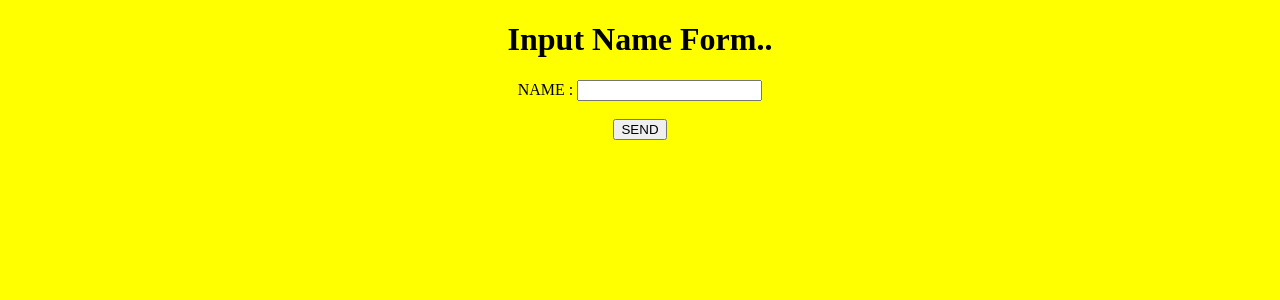
Repository: chunkind/dev_study
Page: kjs/servlet/web02_HttpServlet/WebContent/ex02/formName.html
These files come from the project's save history. The page is drawn as it stood at one moment and after the next save; the edit follows.
The browser window is 1280 px wide. The pictures show the whole page.

Above is the page before, as saved 2016-12-04 02:13:27.

After the next save:
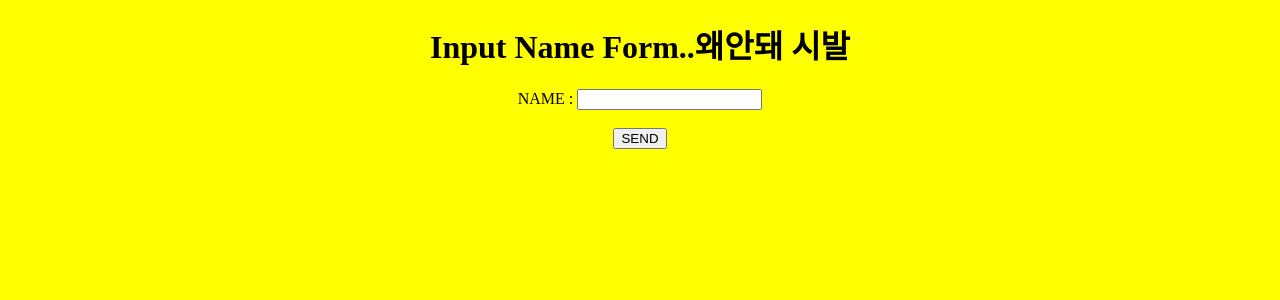
Saved 34 s later.
--- a/kjs/servlet/web02_HttpServlet/WebContent/ex02/formName.html
+++ b/kjs/servlet/web02_HttpServlet/WebContent/ex02/formName.html
@@ -11,7 +11,7 @@
 </style>
 </head>
 <body id="body">
-	<h1>Input Name Form..</h1><p>
+	<h1>Input Name Form..왜안돼 시발</h1><p>
 	<form action="/ex02/FN">
 	NAME : <input type="text" name = "name"><br><br>
 	<input type="submit" value="SEND"><br>

After the save that followed:
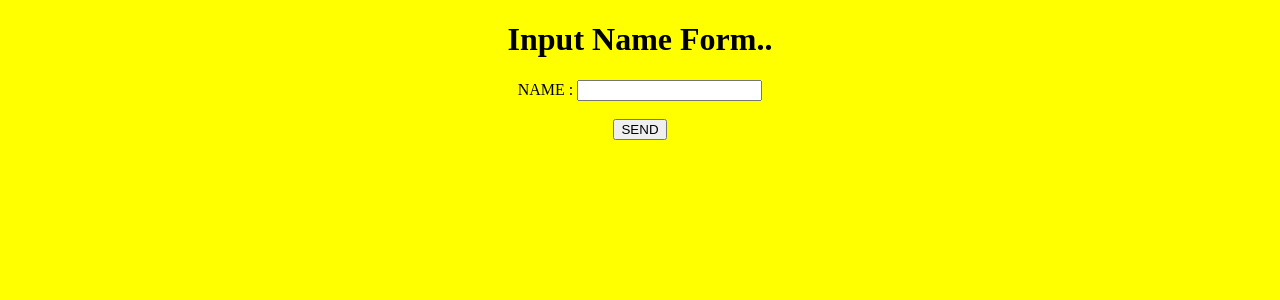
Saved 98 s later.
--- a/kjs/servlet/web02_HttpServlet/WebContent/ex02/formName.html
+++ b/kjs/servlet/web02_HttpServlet/WebContent/ex02/formName.html
@@ -11,7 +11,7 @@
 </style>
 </head>
 <body id="body">
-	<h1>Input Name Form..왜안돼 시발</h1><p>
+	<h1>Input Name Form..</h1><p>
 	<form action="/ex02/FN">
 	NAME : <input type="text" name = "name"><br><br>
 	<input type="submit" value="SEND"><br>
